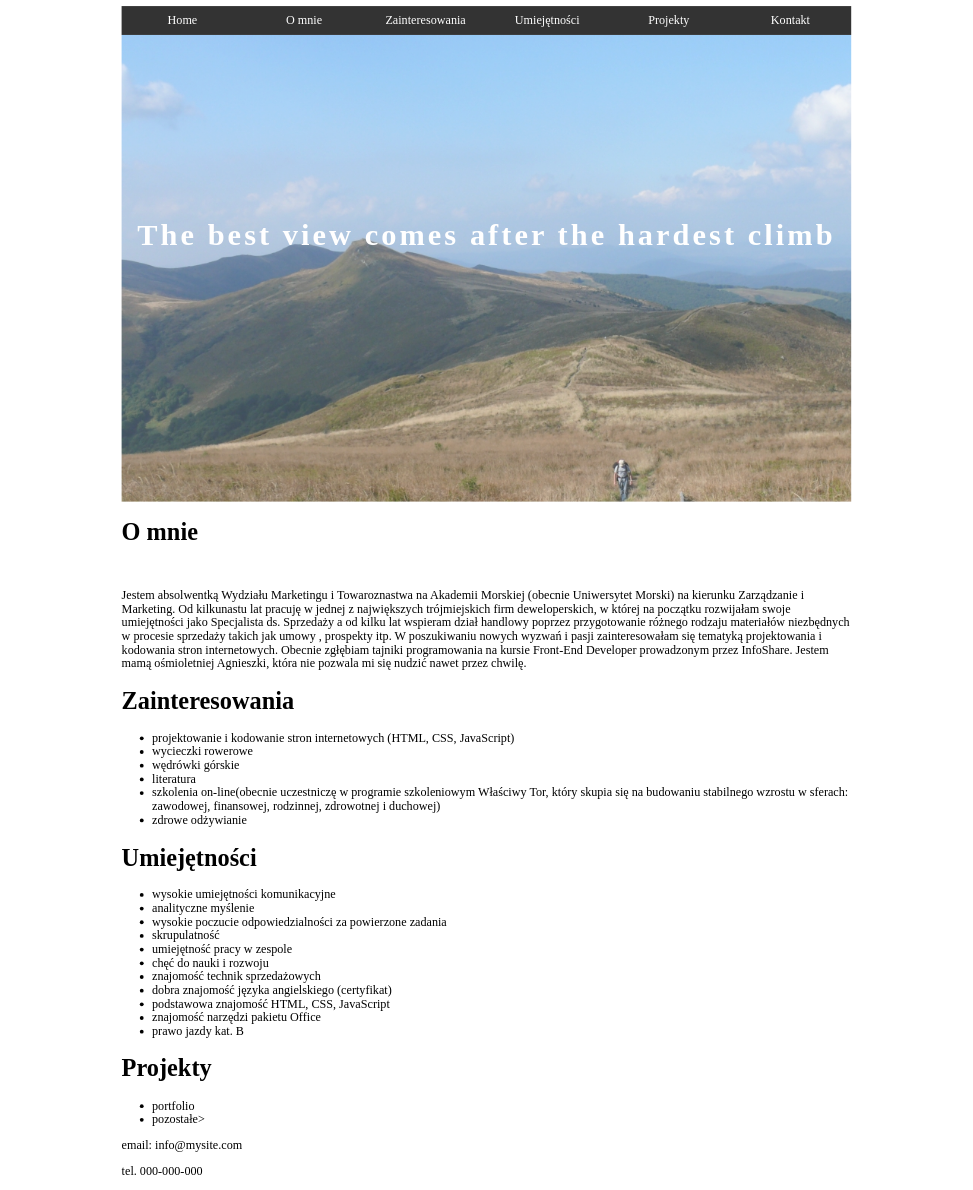
Repository: MagJaw/portfolio
Page: portfolio.html
An editor plug-in stored every save of this project. The page is shown before and after the next save, followed by the edit.
The browser window is 1280 px wide. The pictures show the whole page, at 76% of full size.

Above is the page before, as saved 2018-11-12 01:12:49.

### portfolio.html
<!DOCTYPE html>
<html lang="pl">
<head>
    <meta charset="UTF-8">
    <meta name="viewport" content="width=device-width, initial-scale=1.0">
    <meta http-equiv="X-UA-Compatible" content="ie=edge">
    <link rel="stylesheet" href="main.css">
    <title>Portfolio</title>
</head>
<body>
    <div id="wrapper">
        <nav role="navigation"class="menu__container">
            <ul class="menu">
                <li class="menu__section">
                    <a href="#section1">Home</a>
                </li>
                <li class="menu__section">
                    <a href="#section2">O mnie</a>
                </li>
                <li class="menu__section">
                    <a href="#section3">Zainteresowania</a>
                </li>
                <li class="menu__section">
                    <a href="#section4">Umiejętności</a>
                </li>
                <li class="menu__section">
                    <a href="#section5">Projekty</a>
                </li>
                <li class="menu__section">
                    <a href="#section6">Kontakt</a>
                </li>
            </ul>
        </nav>
        <div class="motto__container">
            <blockquote id="quote"><b>The best view comes after the hardest climb</b></blockquote>
        </div>

        <div class="section2">
            <h1 class="header__section">O mnie</h1>
            <img src="" class="my__photo">
            <p> Jestem absolwentką Wydziału Marketingu i Towaroznastwa na Akademii Morskiej (obecnie Uniwersytet Morski) na kierunku Zarządzanie i Marketing. Od kilkunastu lat pracuję w jednej z największych trójmiejskich firm deweloperskich, w której na początku rozwijałam swoje umiejętności jako Specjalista ds. Sprzedaży a od kilku lat wspieram dział handlowy poprzez przygotowanie różnego rodzaju materiałów niezbędnych w procesie sprzedaży takich jak umowy , prospekty itp. W poszukiwaniu nowych wyzwań i pasji zainteresowałam się tematyką projektowania i kodowania stron internetowych. Obecnie zgłębiam tajniki programowania na kursie Front-End Developer prowadzonym przez InfoShare. Jestem mamą ośmioletniej Agnieszki, która nie pozwala mi się nudzić nawet przez chwilę.</p>
        </div>
        <div class="section3">
            <h1 class="header__section">Zainteresowania</h1>
            <ul>
                <li>projektowanie i kodowanie stron internetowych (HTML, CSS, JavaScript)</li>
                <li>wycieczki rowerowe</li>
                <li>wędrówki górskie</li>
                <li>literatura</li>
                <li>szkolenia on-line(obecnie uczestniczę w programie szkoleniowym Właściwy Tor, który skupia się na budowaniu stabilnego wzrostu w sferach: zawodowej, finansowej, rodzinnej, zdrowotnej i duchowej)</li>
                <li>zdrowe odżywianie</li>
            </ul>
        </div>
        <div class="section4">
            <h1 class="header__section">Umiejętności</h1>
            <ul>
                <li>wysokie umiejętności komunikacyjne</li>
                <li>analityczne myślenie</li>
                <li>wysokie poczucie odpowiedzialności za powierzone zadania</li>
                <li>skrupulatność</li>
                <li>umiejętność pracy w zespole</li>
                <li>chęć do nauki i rozwoju</li>
                <li>znajomość technik sprzedażowych</li>
                <li>dobra znajomość języka angielskiego (certyfikat)</li>
                <li>podstawowa znajomość HTML, CSS, JavaScript</li>
                <li>znajomość narzędzi pakietu Office</li>
                <li>prawo jazdy kat. B</li>
            </ul>
        </div>
        <div class="section5">
            <h1 class="header__section">Projekty</h1>
            <ul>
                <li>portfolio</li>
                <li>pozostałe></li>
            </ul>
        </div>
        <div class="section6">
            <p>email: info@mysite.com</p>
            <p>tel. 000-000-000</p>
        </div>
    </div>
</body>
</html>

### main.css
#wrapper {
    width: 100%;
    max-width: 960px;
    margin: 0 auto;
}

.menu__container {
background:  #333;
}

.menu {
    list-style-type: none;
    padding: 0;
    margin: 0;
}

.menu__container a {
    text-decoration: none;
    text-align: center;
    color: #fff;
    display: block;
    padding: 10px;
}

.menu__container a:hover {
background-color: #555;
}

.motto__container {
width: 100%;
height: 48vw;
background-image: url(tapeta.jpg);
background-color: #555;
opacity: 0.8;
}

#quote {
font-size: 2.5em;
letter-spacing: 0.1em;
color: #fff;
text-align: center;
padding: 25% 0;
margin: 0;
}

@media screen and (min-width: 768px){

.menu {
display: flex;
}

.menu__section {
flex: 1 1 0;
}

}

After the next save:
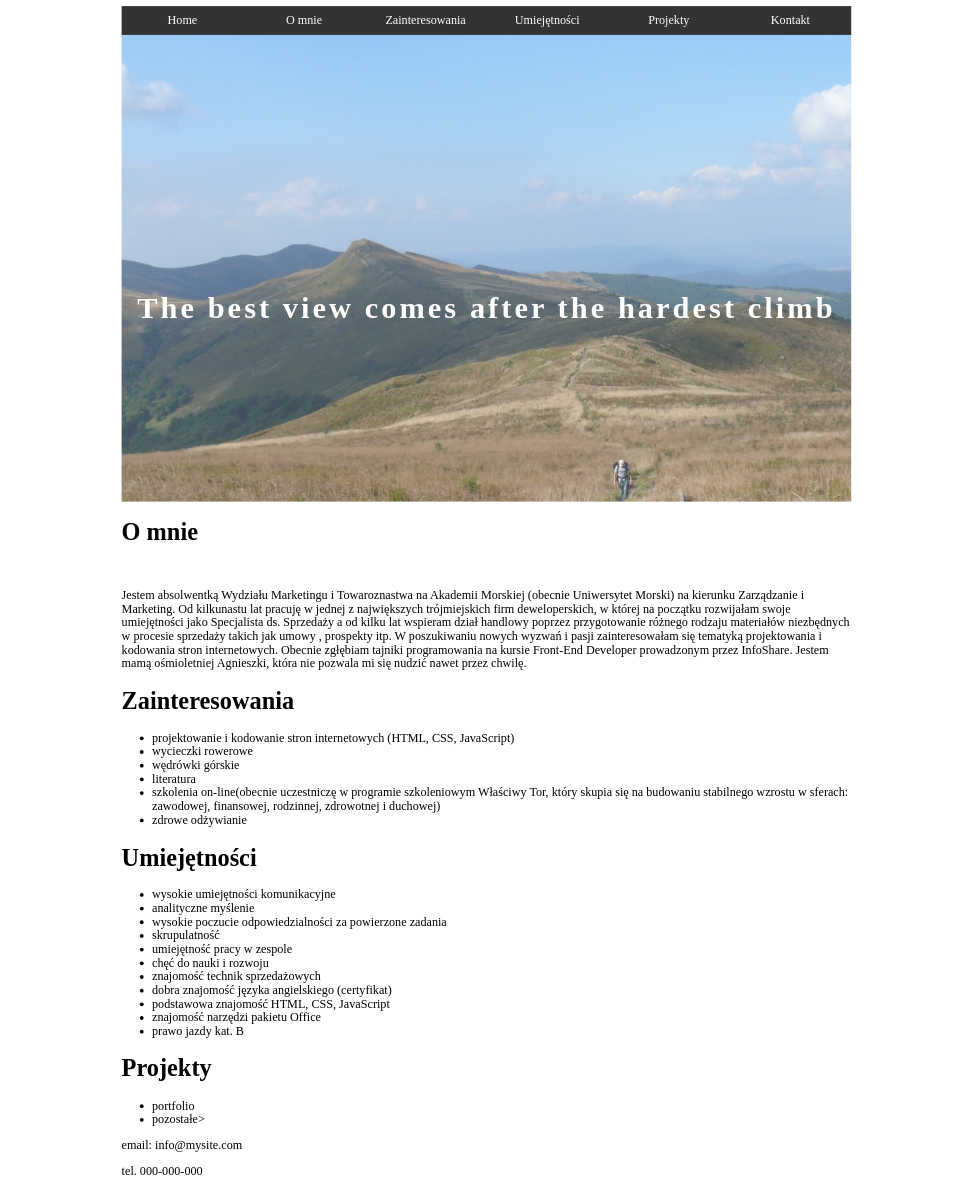
Saved 15 s later.
--- a/main.css
+++ b/main.css
@@ -39,7 +39,7 @@ font-size: 2.5em;
 letter-spacing: 0.1em;
 color: #fff;
 text-align: center;
-padding: 25% 0;
+padding: 35% 0;
 margin: 0;
 }
 
